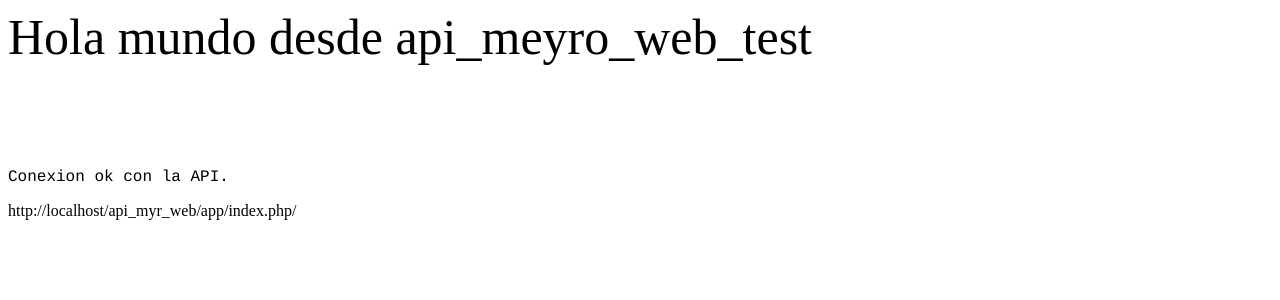
Repository: danieldebrito/api_myr_web
Page: http://localhost/api_myr_web/app/index.php
The author's editor kept a copy of each file at every save. The page is drawn from the files as they stood at one save, then again after the next save.
The browser window is 1280 px wide. The pictures show the whole page.
The page is run by PHP 8.4 with error messages shown; the project is at /var/www/html/.

Above is the page before, as saved 2020-03-26 16:23:56.

After the next save:
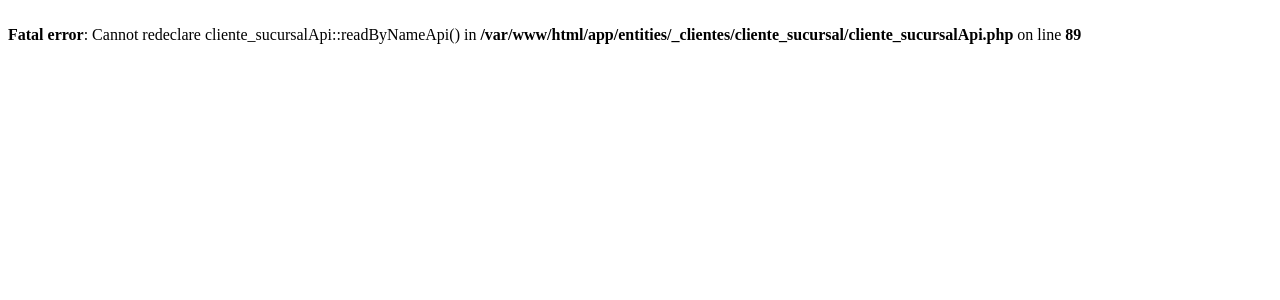
Saved 60 s later.
--- a/app/entities/_clientes/cliente_sucursal/cliente_sucursalApi.php
+++ b/app/entities/_clientes/cliente_sucursal/cliente_sucursalApi.php
@@ -85,5 +85,13 @@
 
 		return $newResponse;
 	}
+
+	public function readByNameApi($request, $response, $args) {
+		$idCliente=$args['idCliente'];
+		$item=cliente_sucursal::expresosByCliente($idCliente);
+		$newResponse = $response->withJson($item, 200);
+
+		return $newResponse;
+	}
 }
 ?>

After the save that followed:
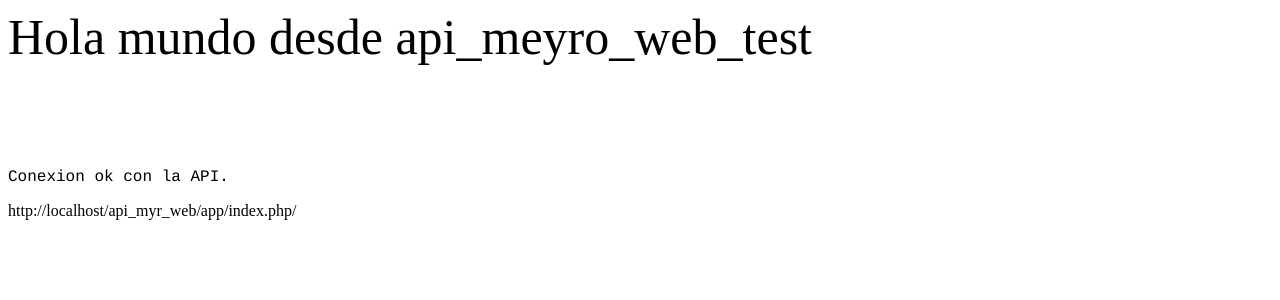
Saved 20 s later.
--- a/app/entities/_clientes/cliente_sucursal/cliente_sucursalApi.php
+++ b/app/entities/_clientes/cliente_sucursal/cliente_sucursalApi.php
@@ -86,7 +86,7 @@
 		return $newResponse;
 	}
 
-	public function readByNameApi($request, $response, $args) {
+	public function expresosByClienteApi($request, $response, $args) {
 		$idCliente=$args['idCliente'];
 		$item=cliente_sucursal::expresosByCliente($idCliente);
 		$newResponse = $response->withJson($item, 200);
